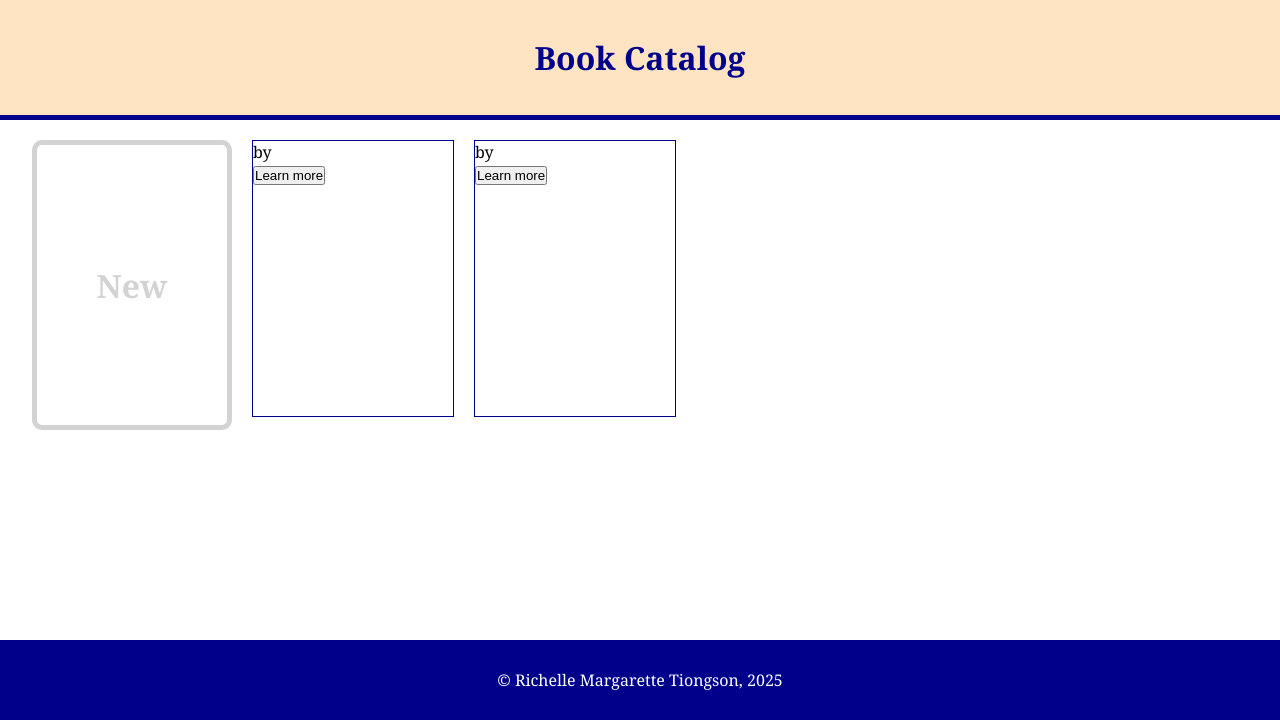
Repository: richelletiongson/comp3170_lab01
Page: /
An editor plug-in stored every save of this project. The page is shown before and after the next save, followed by the edit.
The browser window is 1280 px wide. The pictures show the whole page.
The project was rebuilt for these pictures with package versions that can differ from the ones it lists, and the page was loaded fresh each time. Also part of the build but not shown: vite.config.js.

Above is the page before, as saved 2025-09-14 00:27:08.

After the next save:
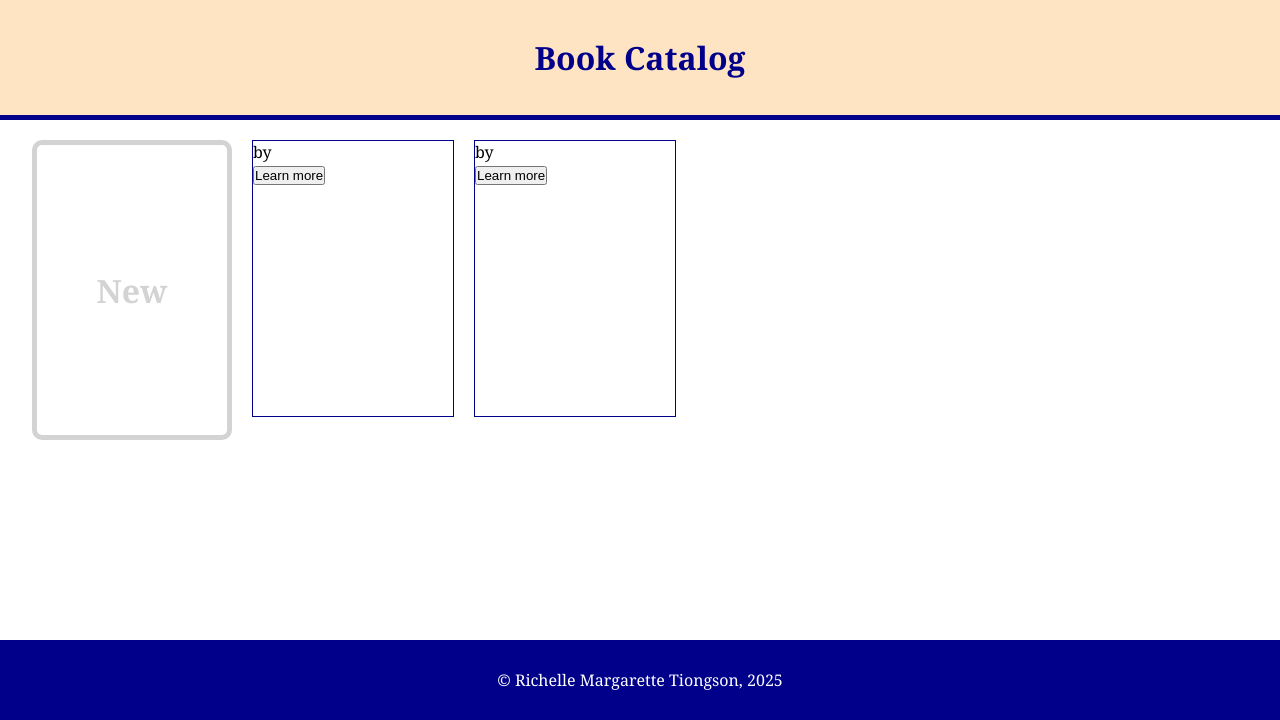
Saved 6 s later.
--- a/src/index.css
+++ b/src/index.css
@@ -43,7 +43,7 @@
 .new {
   border: solid 5px lightgray;
   border-radius: 10px;
-  height:290px;
+  height:300px;
   width:200px;
   font-family: 'Georgia', 'Times New Roman', serif;
   background-color: #FFFFFF;

After the save that followed:
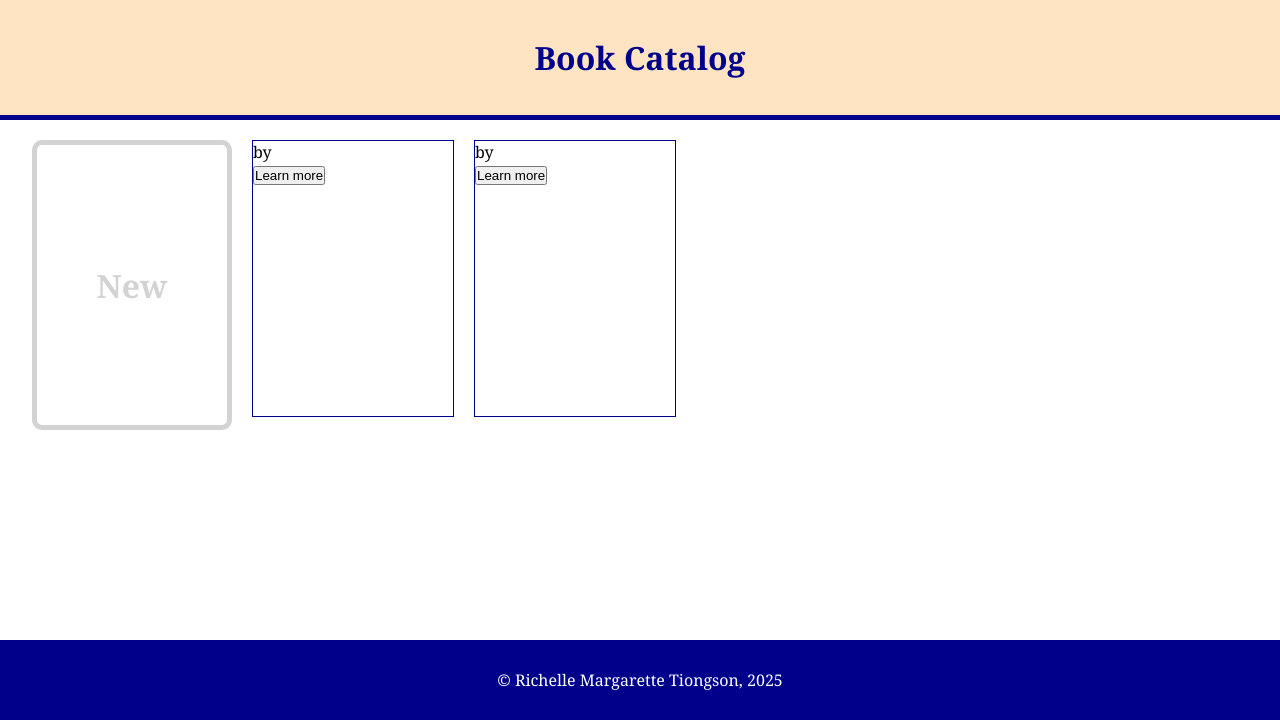
Saved 11 s later.
--- a/src/index.css
+++ b/src/index.css
@@ -43,7 +43,7 @@
 .new {
   border: solid 5px lightgray;
   border-radius: 10px;
-  height:300px;
+  height:290px;
   width:200px;
   font-family: 'Georgia', 'Times New Roman', serif;
   background-color: #FFFFFF;
